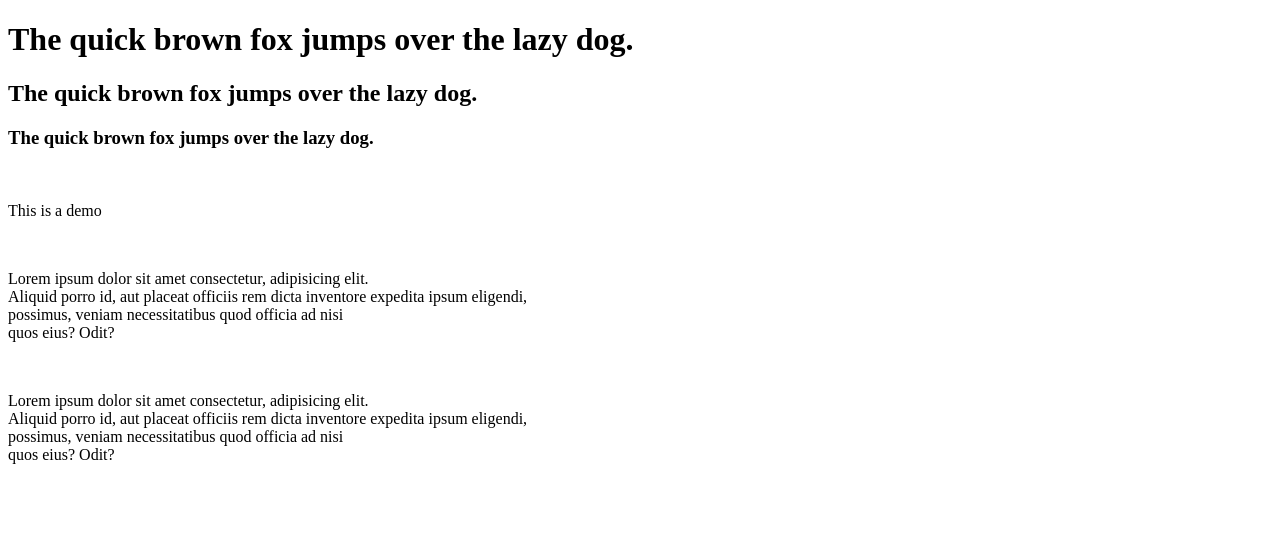
Repository: PhilipMuturi/website
Page: website/index.html
An editor plug-in stored every save of this project. The page is shown before and after the next save, followed by the edit.
The browser window is 1280 px wide. The pictures show the whole page.

Above is the page before, as saved 2023-11-29 11:50:15.

### website/index.html
<!DOCTYPE html>
<html>
    <head>
        <meta charset="utf-8">
        <meta name="description" content="This is my first website">
        <meta name="author" content="Philip Muturi">
        <meta name="keywords" content="HTML, CSS">

        <meta name="viewport" content="width=device-width, initial-scale=1">

        <title>My first website</title>
    </head>
    <body>
        <h1>The quick brown fox jumps over the lazy dog.</h1>
        <h2>The quick brown fox jumps over the lazy dog.</h2>
        <h3>The quick brown fox jumps over the lazy dog.</h3>
        <br>
        <p>This is a demo</p>
        <br>
        <p>Lorem ipsum dolor sit amet consectetur, adipisicing elit.<br>
            Aliquid porro id, aut placeat officiis rem dicta inventore expedita ipsum eligendi,
            <br>possimus, veniam necessitatibus quod officia ad nisi
            <br>quos eius? Odit?</p>
            <br>
         <!--This is a comment: this one of the best websites!-->
        <p>Lorem ipsum dolor sit amet consectetur, adipisicing elit.<br>
             Aliquid porro id, aut placeat officiis rem dicta inventore expedita ipsum eligendi,
             <br>possimus, veniam necessitatibus quod officia ad nisi
             <br>quos eius? Odit?</p>
    </body>
</html>

After the next save:
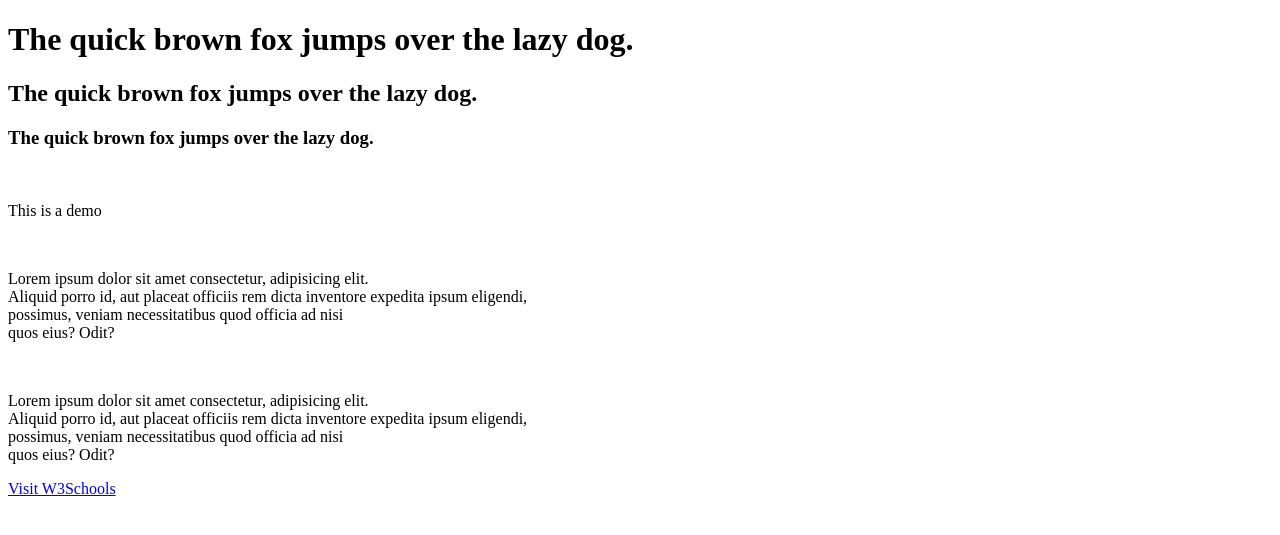
Saved 16 min 38 s later.
--- a/website/index.html
+++ b/website/index.html
@@ -27,5 +27,7 @@
              Aliquid porro id, aut placeat officiis rem dicta inventore expedita ipsum eligendi,
              <br>possimus, veniam necessitatibus quod officia ad nisi
              <br>quos eius? Odit?</p>
+
+             <a href="https://www.w3schools.com">Visit W3Schools</a>
     </body>
 </html>
